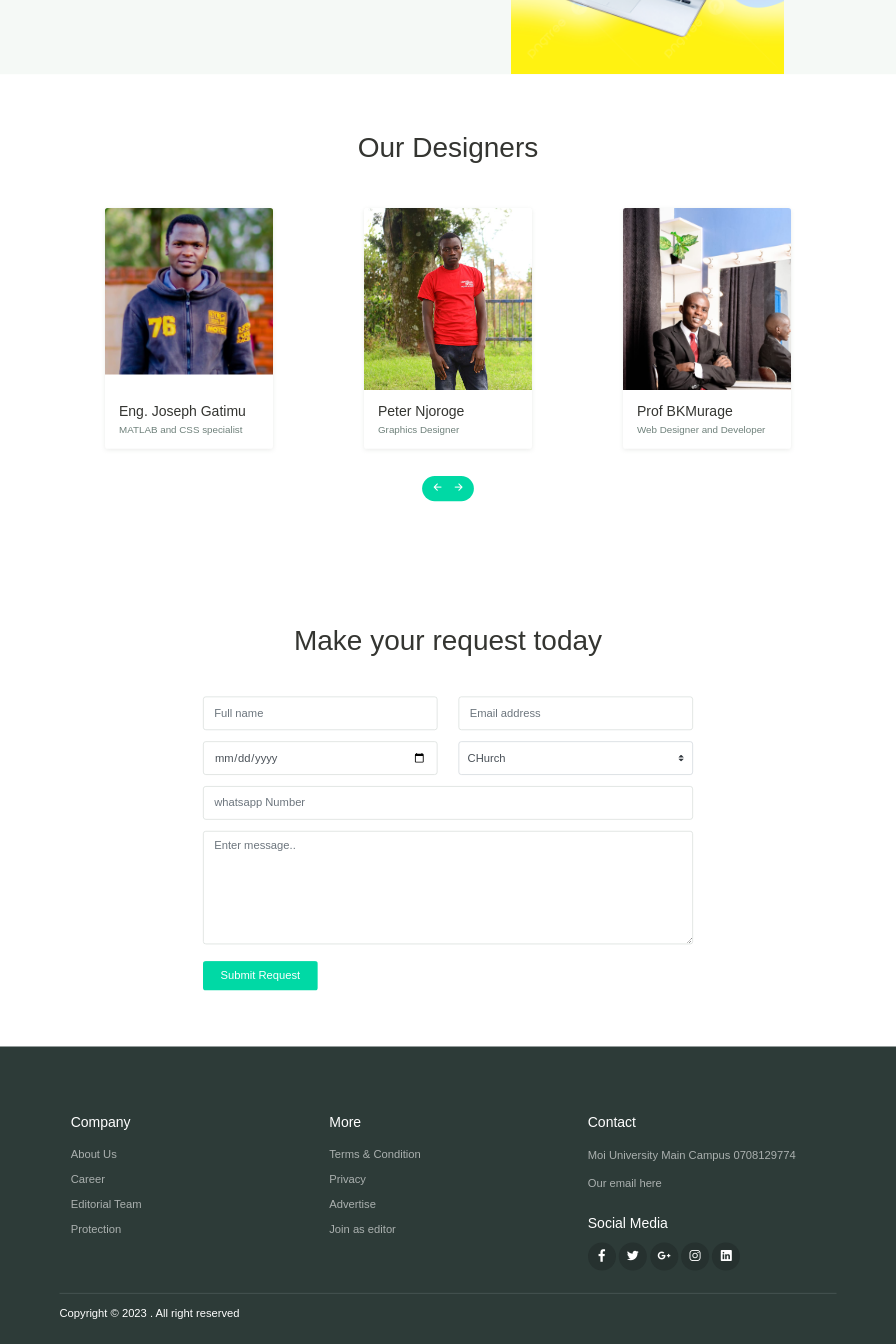
Repository: profbkmurage/myWeb
Page: html/index.html
These files come from the project's save history. The page is drawn as it stood at one moment and after the next save; the edit follows.
The browser window is 1280 px wide. The pictures show the part of the page from y = 1300 to 3220 px (the page is 3220 px tall before and 3145 px after), at 70% of full size.

Above is the page before, as saved 2023-12-11 13:49:35.

### html/index.html
<!DOCTYPE html>
<html lang="en">
<head>
  <meta charset="UTF-8">
  <meta name="viewport" content="width=device-width, initial-scale=1.0">

  <meta http-equiv="X-UA-Compatible" content="ie=edge">

  <title>M&M Website</title>

  <link rel="stylesheet" href="../assets/css/maicons.css">

  <link rel="stylesheet" href="../assets/css/bootstrap.css">

  <link rel="stylesheet" href="../assets/vendor/owl-carousel/css/owl.carousel.css">

  <link rel="stylesheet" href="../assets/vendor/animate/animate.css">

  <link rel="stylesheet" href="../assets/css/theme.css">
</head>
<body>

  <!-- Back to top button -->
  <div class="back-to-top"></div>

  <header>
    <div class="topbar">
      <div class="container">
        <div class="row">
          <div class="col-sm-8 text-sm">
            <div class="site-info">
              <a href="tel:0745755893" ><span class="mai-call text-primary"></span> +254745755893</a>
              <span class="divider">|</span>
              <a href="#"><span class="mai-mail text-primary"></span> pnjoroge@gmail.com</a>
            </div>
          </div>
          <div class="col-sm-4 text-right text-sm">
            <div class="social-mini-button">
              <a href="#"><span class="mai-logo-facebook-f"></span></a>
              <a href="#"><span class="mai-logo-twitter"></span></a>
              <a href="#"><span class="mai-logo-dribbble"></span></a>
              <a href="#"><span class="mai-logo-instagram"></span></a>
            </div>
          </div>
        </div> <!-- .row -->
      </div> <!-- .container -->
    </div> <!-- .topbar -->

    <nav class="navbar navbar-expand-lg navbar-light shadow-sm">
      <div class="container">
        <a class="navbar-brand" href="#"><span class="text-primary">P And</span> Associates Media</a>

        <!-- <form action="#">
          <div class="input-group input-navbar">
            <div class="input-group-prepend">
              <span class="input-group-text" id="icon-addon1"><span class="mai-search"></span></span>
            </div>
            <input type="text" class="form-control" placeholder="Enter keyword.." aria-label="Username" aria-describedby="icon-addon1">
          </div>
        </form> -->

        <button class="navbar-toggler" type="button" data-toggle="collapse" data-target="#navbarSupport" aria-controls="navbarSupport" aria-expanded="false" aria-label="Toggle navigation">
          <span class="navbar-toggler-icon"></span>
        </button>

        <div class="collapse navbar-collapse" id="navbarSupport">
          <ul class="navbar-nav ml-auto">
            <li class="nav-item active">
              <a class="nav-link" href="index.html">Home</a>
            </li>
            <li class="nav-item">
              <a class="nav-link" href="about.html">About Us</a>
            </li>
            <li class="nav-item">
              <a class="nav-link" href="work.html">Our work</a>
            </li>
            <li class="nav-item">
              <a class="nav-link" href="blog.html">News</a>
            </li>
            <li class="nav-item">
              <a class="nav-link" href="contact.html">Contact</a>
            </li>
            <!-- <li class="nav-item">
              <a class="btn btn-primary ml-lg-3" href="#">Login / Register</a>
            </li> -->
          </ul>
        </div> <!-- .navbar-collapse -->
      </div> <!-- .container -->
    </nav>
  </header>

  <div class="page-hero bg-image overlay-dark" style="background-image: url(../assets/img/landing.jpg);">
    <div class="hero-section">
      <div class="container text-center wow zoomIn">
        <span class="subhead">Let's make your life colorful and simpler</span>
        <h1 class="display-4">Get your Design today</h1>
        <a href="./work.html" class="btn btn-primary">See our work</a>
      </div>
    </div>
  </div>


  <div class="bg-light">
    <div class="page-section py-3 mt-md-n5 custom-index">
      <div class="container">
        <div class="row justify-content-center">
          <div class="col-md-4 py-3 py-md-0">
            <div class="card-service wow fadeInUp">
              <div class="circle-shape bg-secondary text-white">
                <span class="mai-chatbubbles-outline"></span>
              </div>
              <p><span>Chat</span> with a designers</p>
            </div>
          </div>
          <div class="col-md-4 py-3 py-md-0">
            <div class="card-service wow fadeInUp">
              <div class="circle-shape bg-primary text-white">
                <span class="mai-shield-checkmark"></span>
              </div>
              <p><span>Make</span>-your orders now</p>
            </div>
          </div>
          <div class="col-md-4 py-3 py-md-0">
            <div class="card-service wow fadeInUp">
              <div class="circle-shape bg-accent text-white">
                <span class="mai-basket"></span>
              </div>
              <p><span>you ask</span>-we deliver</p>
            </div>
          </div>
        </div>
      </div>
    </div> <!-- .page-section -->

    <div class="page-section pb-0">
      <div class="container">
        <div class="row align-items-center">
          <div class="col-lg-6 py-3 wow fadeInUp">
            <h1>Welcome to Your graphics <br> Center</h1>
            <p class="text-grey mb-4">Here we are commited to bridge your graphics deficts for you as an individual, small companies, organizations and even big companies and business groups. you make your order and request we have a competent and great team of engineers to do the heavy lifting for you</p>
            <a href="about.html" class="btn btn-primary">Learn More</a>
          </div>
          <div class="col-lg-6 wow fadeInRight" data-wow-delay="400ms">
            <div class="img-place custom-img-1">
              <img class="h-50 w-100" src="../assets/img/frontend.jpg" alt="">
            </div>
          </div>
        </div>
      </div>
    </div> <!-- .bg-light -->
  </div> <!-- .bg-light -->

  <div class="page-section">
    <div class="container">
      <h1 class="text-center mb-5 wow fadeInUp">Our Designers</h1>

      <div class="owl-carousel wow fadeInUp" id="doctorSlideshow">
        <div class="item">
          <div class="card-doctor">
            <div class="header">
              <img src="../assets/img/Joseph.jpg" alt="">
              <div class="meta">
                <a href="#"><span class="mai-call"></span></a>
                <a href="#"><span class="mai-logo-whatsapp"></span></a>
              </div>
            </div>
            <div class="body">
              <p class="text-xl mb-0">Eng. Joseph Gatimu</p>
              <span class="text-sm text-grey">MATLAB and CSS specialist</span>
            </div>
          </div>
        </div>
        <div class="item">
          <div class="card-doctor">
            <div class="header">
              <img src="../assets/img/peter.jpg" alt="">
              <div class="meta">
                <a href="#"><span class="mai-call"></span></a>
                <a href="#"><span class="mai-logo-whatsapp"></span></a>
              </div>
            </div>
            <div class="body">
              <p class="text-xl mb-0">Peter Njoroge</p>
              <span class="text-sm text-grey">Graphics Designer</span>
            </div>
          </div>
        </div>
        <div class="item">
          <div class="card-doctor">
            <div class="header">
              <img src="../assets/img/IMG-20211219-WA0004.jpg" alt="">
              <div class="meta">
                <a href="#"><span class="mai-call"></span></a>
                <a href="#"><span class="mai-logo-whatsapp"></span></a>
              </div>
            </div>
            <div class="body">
              <p class="text-xl mb-0">Prof BKMurage</p>
              <span class="text-sm text-grey">Web Designer and Developer</span>
            </div>
          </div>
        </div>
        <div class="item">
          <div class="card-doctor">
            <div class="header">
              <img src="../assets/img/doctors/doctor_3.jpg" alt="">
              <div class="meta">
                <a href="#"><span class="mai-call"></span></a>
                <a href="#"><span class="mai-logo-whatsapp"></span></a>
              </div>
            </div>
            <div class="body">
              <p class="text-xl mb-0">Dr. Rebecca Steffany</p>
              <span class="text-sm text-grey">General Health</span>
            </div>
          </div>
        </div>
        <div class="item">
          <div class="card-doctor">
            <div class="header">
              <img src="../assets/img/doctors/doctor_3.jpg" alt="">
              <div class="meta">
                <a href="#"><span class="mai-call"></span></a>
                <a href="#"><span class="mai-logo-whatsapp"></span></a>
              </div>
            </div>
            <div class="body">
              <p class="text-xl mb-0">Dr. Rebecca Steffany</p>
              <span class="text-sm text-grey">General Health</span>
            </div>
          </div>
        </div>
      </div>
    </div>
  </div>

  <!-- <div class="page-section bg-light">
    <div class="container">
      <h1 class="text-center wow fadeInUp">Latest News</h1>
      <div class="row mt-5">
        <div class="col-lg-4 py-2 wow zoomIn">
          <div class="card-blog">
            <div class="header">
              <div class="post-category">
                <a href="#">Covid19</a>
              </div>
              <a href="blog-details.html" class="post-thumb">
                <img src="../assets/img/blog/blog_1.jpg" alt="">
              </a>
            </div>
            <div class="body">
              <h5 class="post-title"><a href="blog-details.html">List of Countries without Coronavirus case</a></h5>
              <div class="site-info">
                <div class="avatar mr-2">
                  <div class="avatar-img">
                    <img src="../assets/img/person/person_1.jpg" alt="">
                  </div>
                  <span>Roger Adams</span>
                </div>
                <span class="mai-time"></span> 1 week ago
              </div>
            </div>
          </div>
        </div>
        <div class="col-lg-4 py-2 wow zoomIn">
          <div class="card-blog">
            <div class="header">
              <div class="post-category">
                <a href="#">Covid19</a>
              </div>
              <a href="blog-details.html" class="post-thumb">
                <img src="../assets/img/blog/blog_2.jpg" alt="">
              </a>
            </div>
            <div class="body">
              <h5 class="post-title"><a href="blog-details.html">Recovery Room: News beyond the pandemic</a></h5>
              <div class="site-info">
                <div class="avatar mr-2">
                  <div class="avatar-img">
                    <img src="../assets/img/person/person_1.jpg" alt="">
                  </div>
                  <span>Roger Adams</span>
                </div>
                <span class="mai-time"></span> 4 weeks ago
              </div>
            </div>
          </div>
        </div>
        <div class="col-lg-4 py-2 wow zoomIn">
          <div class="card-blog">
            <div class="header">
              <div class="post-category">
                <a href="#">Covid19</a>
              </div>
              <a href="blog-details.html" class="post-thumb">
                <img src="../assets/img/blog/blog_3.jpg" alt="">
              </a>
            </div>
            <div class="body">
              <h5 class="post-title"><a href="blog-details.html">What is the impact of eating too much sugar?</a></h5>
              <div class="site-info">
                <div class="avatar mr-2">
                  <div class="avatar-img">
                    <img src="../assets/img/person/person_2.jpg" alt="">
                  </div>
                  <span>Diego Simmons</span>
                </div>
                <span class="mai-time"></span> 2 months ago
              </div>
            </div>
          </div>
        </div>

        <div class="col-12 text-center mt-4 wow zoomIn">
          <a href="blog.html" class="btn btn-primary">Read More</a>
        </div>

      </div>
    </div>
  </div> .page-section -->

  <div class="page-section">
    <div class="container">
      <h1 class="text-center wow fadeInUp">Make your request today</h1>

      <form class="main-form">
        <div class="row mt-5 ">
          <div class="col-12 col-sm-6 py-2 wow fadeInLeft">
            <input type="text" class="form-control" placeholder="Full name">
          </div>
          <div class="col-12 col-sm-6 py-2 wow fadeInRight">
            <input type="text" class="form-control" placeholder="Email address">
          </div>
          <div class="col-12 col-sm-6 py-2 wow fadeInLeft" data-wow-delay="300ms">
            <input type="date" class="form-control">
          </div>
          <div class="col-12 col-sm-6 py-2 wow fadeInRight" data-wow-delay="300ms">
            <select name="departement" id="departement" class="custom-select">
              <option value="general">CHurch</option>
              <option value="cardiology">Small Business</option>
              <option value="dental">Large organization</option>
              <option value="neurology">Video coverage</option>
              <option value="orthopaedics">video editing</option>
            </select>
          </div>
          <div class="col-12 py-2 wow fadeInUp" data-wow-delay="300ms">
            <input type="text" class="form-control" placeholder="whatsapp Number">
          </div>
          <div class="col-12 py-2 wow fadeInUp" data-wow-delay="300ms">
            <textarea name="message" id="message" class="form-control" rows="6" placeholder="Enter message.."></textarea>
          </div>
        </div>

        <button type="submit" class="btn btn-primary mt-3 wow zoomIn">Submit Request</button>
      </form>
    </div>
  </div> <!-- .page-section -->

  <!-- <div class="page-section banner-home bg-image" style="background-image: url(../assets/img/banner-pattern.svg);">
    <div class="container py-5 py-lg-0">
      <div class="row align-items-center">
        <div class="col-lg-4 wow zoomIn">
          <div class="img-banner d-none d-lg-block">
            <img src="../assets/img/" alt="">
          </div>
        </div>
        <div class="col-lg-8 wow fadeInRight">
          <h1 class="font-weight-normal mb-3">Get easy access of all features using One Health Application</h1>
          <a href="#"><img src="../assets/img/google_play.svg" alt=""></a>
          <a href="#" class="ml-2"><img src="../assets/img/app_store.svg" alt=""></a>
        </div>
      </div>
    </div>
  </div> .banner-home -->


  <footer class="page-footer">
    <div class="container">
      <div class="row px-md-3">
        <div class="col-sm-6 col-lg-4 py-3">
          <h5>Company</h5>
          <ul class="footer-menu">
            <li><a href="#">About Us</a></li>
            <li><a href="#">Career</a></li>
            <li><a href="#">Editorial Team</a></li>
            <li><a href="#">Protection</a></li>
          </ul>
        </div>
        <div class="col-sm-6 col-lg-4 py-3">
          <h5>More</h5>
          <ul class="footer-menu">
            <li><a href="#">Terms & Condition</a></li>
            <li><a href="#">Privacy</a></li>
            <li><a href="#">Advertise</a></li>
            <li><a href="#">Join as editor</a></li>
          </ul>
        </div>
        <!-- <div class="col-sm-6 col-lg-3 py-3">
          <h5>Our partner</h5>
          <ul class="footer-menu">
            <li><a href="#">One-Fitness</a></li>
            <li><a href="#">One-Drugs</a></li>
            <li><a href="#">One-Live</a></li>
          </ul>
        </div> -->
        <div class="col-sm-6 col-lg-4 py-3">
          <h5>Contact</h5>
          <p class="footer-link mt-2">Moi University Main Campus</p>
          <a href="#" class="footer-link">0708129774</a>
          <a href="#" class="footer-link">Our email here</a>

          <h5 class="mt-3">Social Media</h5>
          <div class="footer-sosmed mt-3">
            <a href="#" target="_blank"><span class="mai-logo-facebook-f"></span></a>
            <a href="#" target="_blank"><span class="mai-logo-twitter"></span></a>
            <a href="#" target="_blank"><span class="mai-logo-google-plus-g"></span></a>
            <a href="#" target="_blank"><span class="mai-logo-instagram"></span></a>
            <a href="#" target="_blank"><span class="mai-logo-linkedin"></span></a>
          </div>
        </div>
      </div>

      <hr>

      <p id="copyright">Copyright &copy; 2023 . All right reserved</p>
    </div>
  </footer>

<script src="../assets/js/jquery-3.5.1.min.js"></script>

<script src="../assets/js/bootstrap.bundle.min.js"></script>

<script src="../assets/vendor/owl-carousel/js/owl.carousel.min.js"></script>

<script src="../assets/vendor/wow/wow.min.js"></script>

<script src="../assets/js/theme.js"></script>

</body>
</html>

Loaded but not shown: assets/css/bootstrap.css (library); assets/vendor/owl-carousel/css/owl.carousel.css (library); assets/vendor/animate/animate.css (library); assets/js/jquery-3.5.1.min.js (library); assets/js/bootstrap.bundle.min.js (library); assets/vendor/owl-carousel/js/owl.carousel.min.js (library); assets/vendor/wow/wow.min.js (library); assets/js/theme.js (65 lines, source omitted); assets/css/maicons.css (2634 lines, source omitted); assets/css/theme.css (1836 lines, source omitted)

After the next save:
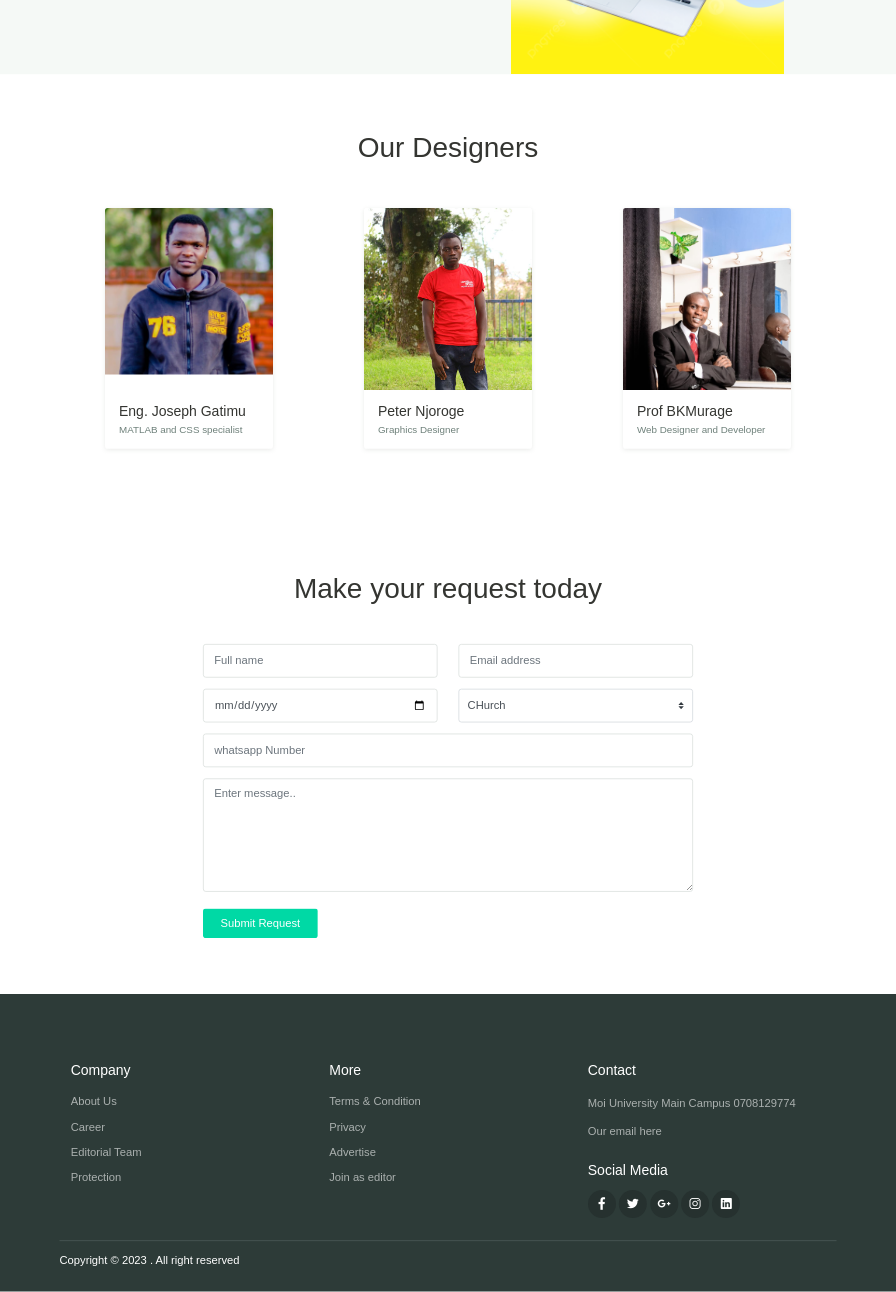
Saved 2 min 52 s later.
--- a/html/index.html
+++ b/html/index.html
@@ -200,36 +200,7 @@
             </div>
           </div>
         </div>
-        <div class="item">
-          <div class="card-doctor">
-            <div class="header">
-              <img src="../assets/img/doctors/doctor_3.jpg" alt="">
-              <div class="meta">
-                <a href="#"><span class="mai-call"></span></a>
-                <a href="#"><span class="mai-logo-whatsapp"></span></a>
-              </div>
-            </div>
-            <div class="body">
-              <p class="text-xl mb-0">Dr. Rebecca Steffany</p>
-              <span class="text-sm text-grey">General Health</span>
-            </div>
-          </div>
-        </div>
-        <div class="item">
-          <div class="card-doctor">
-            <div class="header">
-              <img src="../assets/img/doctors/doctor_3.jpg" alt="">
-              <div class="meta">
-                <a href="#"><span class="mai-call"></span></a>
-                <a href="#"><span class="mai-logo-whatsapp"></span></a>
-              </div>
-            </div>
-            <div class="body">
-              <p class="text-xl mb-0">Dr. Rebecca Steffany</p>
-              <span class="text-sm text-grey">General Health</span>
-            </div>
-          </div>
-        </div>
+        <!--  -->
       </div>
     </div>
   </div>
